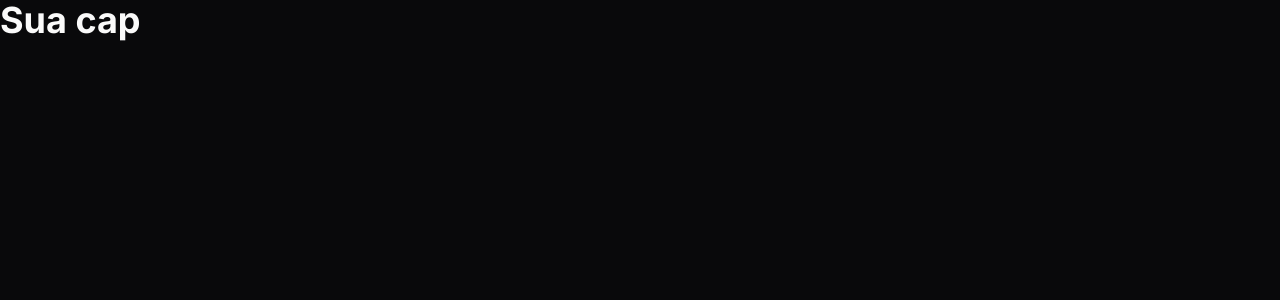
Repository: viniimartins/NLWSpacetime
Page: /
The author's editor kept a copy of each file at every save. The page is drawn from the files as they stood at one save, then again after the next save.
The browser window is 1280 px wide. The pictures show the whole page.
The project was rebuilt for these pictures with package versions that can differ from the ones it lists, and the page was loaded fresh each time. The framework's server and built-in components were replaced by stand-ins that run in the browser. Also part of the build but not shown: next.config.js.

Above is the page before, as saved 2023-05-16 21:54:25.

After the next save:
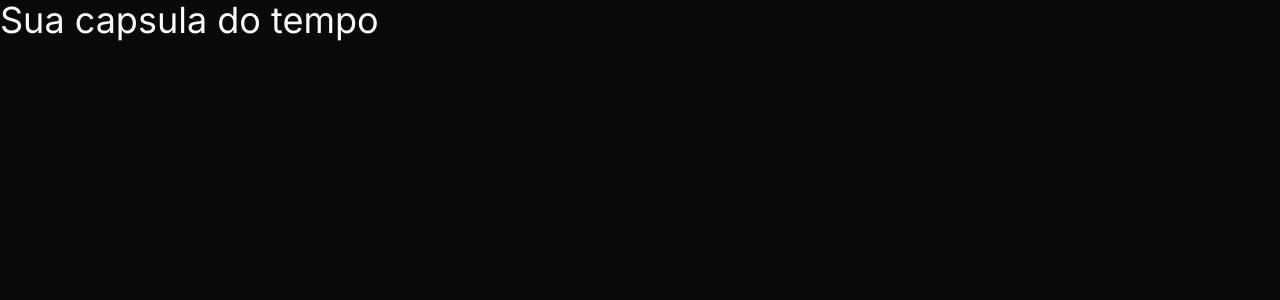
Saved 45 s later.
--- a/src/app/page.tsx
+++ b/src/app/page.tsx
@@ -1,7 +1,7 @@
 export default function Home() {
   return (
     <div className="h-screen bg-zinc-950 text-zinc-50">
-      <h1 className="text-4xl font-bold">Sua cap</h1>
+      <h1 className="text-4xl ">Sua capsula do tempo</h1>
     </div>
   );
 }
